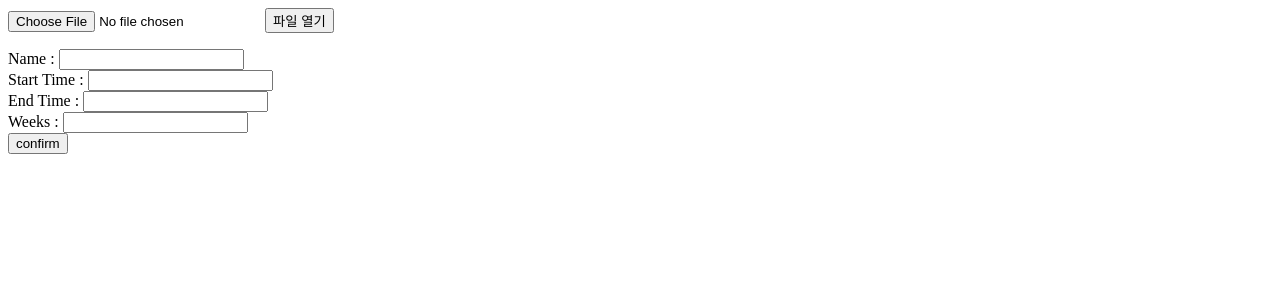
Repository: wurikiji/ttFS
Page: hunbag/webapp/TimetableFilesystem/index.html
An editor plug-in stored every save of this project. The page is shown before and after the next save, followed by the edit.
The browser window is 1280 px wide. The pictures show the whole page.

Above is the page before, as saved 2014-12-07 06:21:10.
Console error: SyntaxError: Unexpected token ';'

### hunbag/webapp/TimetableFilesystem/index.html
<html>
<head>
<script src=js/test.js>
</script>
</head>

<body>

<SCRIPT>
 function displayLocalFile (strFileName) {
  var url = 'file:///' + strFileName;
  //넷스케이프의 경우...
  if (document.layers &anp;&anp; location.protocol.toLowerCase() != 'file:' &anp;&anp; navigator.javaEnabled())
  netscape.security.PrivilegeManager.enablePrivilege('UniversalFileRead');
  open (url, 'preview');
 }
 </SCRIPT>

<FORM NAME="myForm">
	<INPUT TYPE="file" NAME="myFile"> <INPUT TYPE="BUTTON"
		VALUE="파일 열기" ONCLICK="displayLocalFile(this.form.myFile.value);">
</FORM>

<form>
	Name : <input type="text" name="Name"><br>
	Start Time : <input type="text" name="StartTime"><br>
	End Time : <input type="text" name="EndTime"><br>
	Weeks : <input type="text" name="Weeks"><br>
	<input type="button" VALUE="confirm" onclick="func(this.form.Name, this.form.StartTime, this.form.EndTime, this.form.Weeks);">
</form>
</body>
</html>

### hunbag/webapp/TimetableFilesystem/js/test.js
function Timetable_info()
{
	var name;
	var StartTime;
	var EndTime;
	var Weeks;
}
function func(Name, StartTime, EndTime, Weeks)
{
	alert("Name : " + Name.value);
}

After the next save:
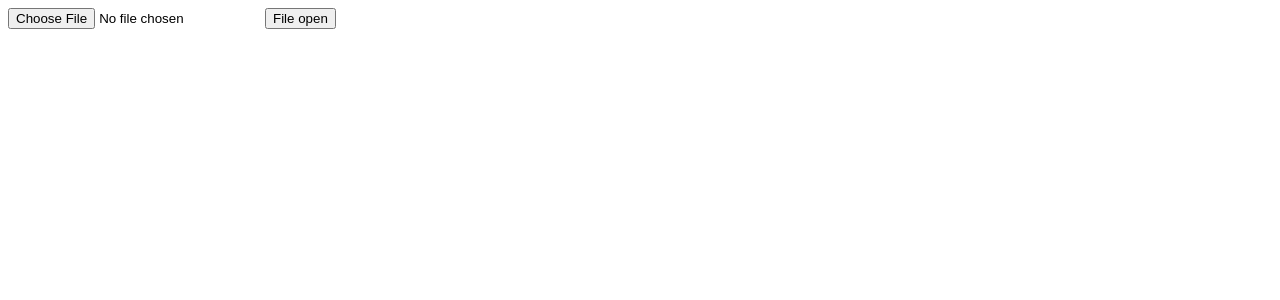
Saved 62 s later.
--- a/hunbag/webapp/TimetableFilesystem/index.html
+++ b/hunbag/webapp/TimetableFilesystem/index.html
@@ -18,15 +18,16 @@
 
 <FORM NAME="myForm">
 	<INPUT TYPE="file" NAME="myFile"> <INPUT TYPE="BUTTON"
-		VALUE="파일 열기" ONCLICK="displayLocalFile(this.form.myFile.value);">
+		VALUE="File open" ONCLICK="displayLocalFile(this.form.myFile.value);">
 </FORM>
 
+<!--
 <form>
 	Name : <input type="text" name="Name"><br>
 	Start Time : <input type="text" name="StartTime"><br>
 	End Time : <input type="text" name="EndTime"><br>
 	Weeks : <input type="text" name="Weeks"><br>
 	<input type="button" VALUE="confirm" onclick="func(this.form.Name, this.form.StartTime, this.form.EndTime, this.form.Weeks);">
-</form>
+</form> -->
 </body>
 </html>
